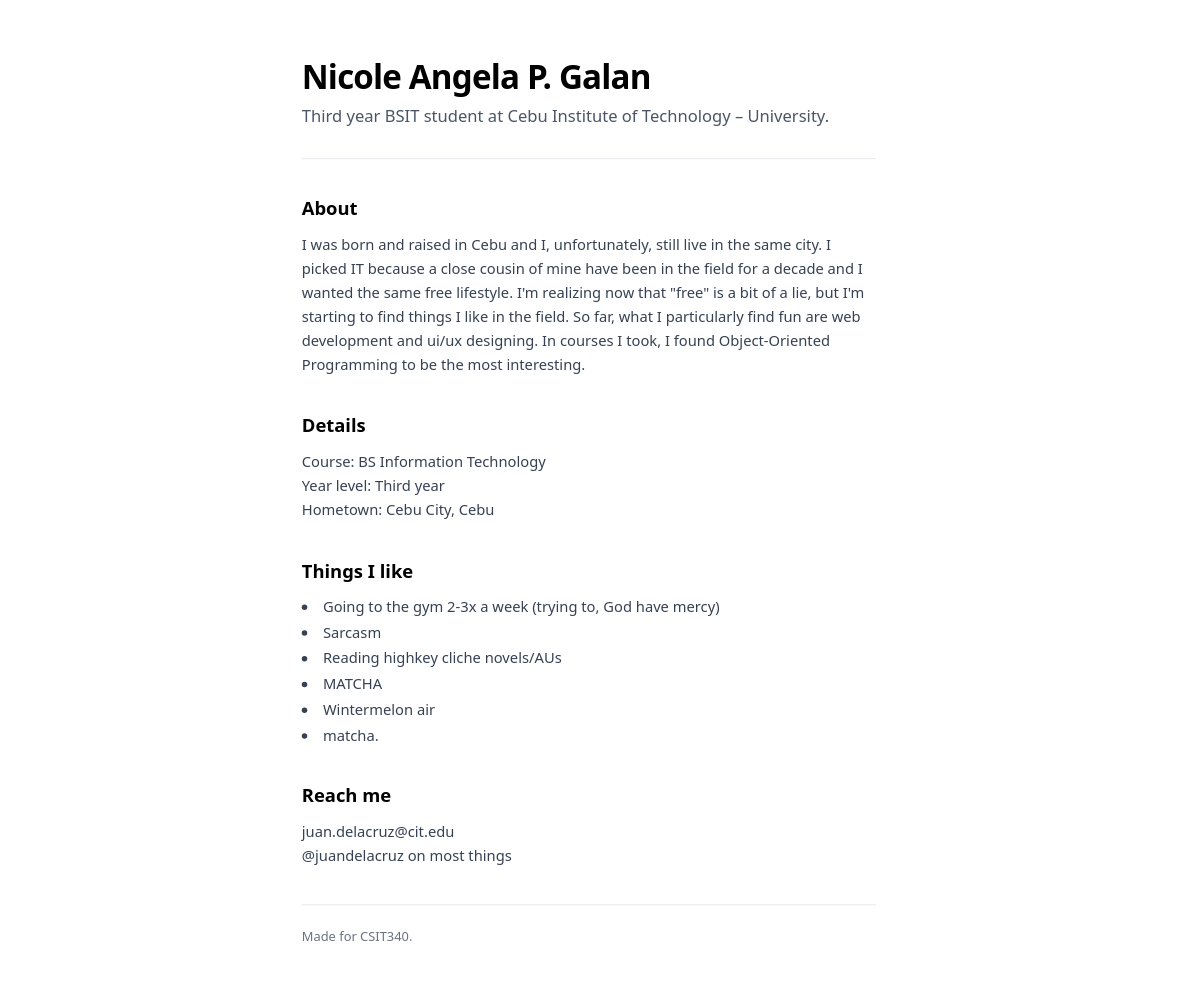
Repository: nicole-galan/CSIT340-Lab1-Galan
Page: /
The author's editor kept a copy of each file at every save. The page is drawn from the files as they stood at one save, then again after the next save.
The browser window is 1280 px wide. The pictures show the whole page, at 92% of full size.
The project was rebuilt for these pictures with package versions that can differ from the ones it lists, and the page was loaded fresh each time. Also part of the build but not shown: vite.config.js.

Above is the page before, as saved 2026-09-04 16:53:00.

After the next save:
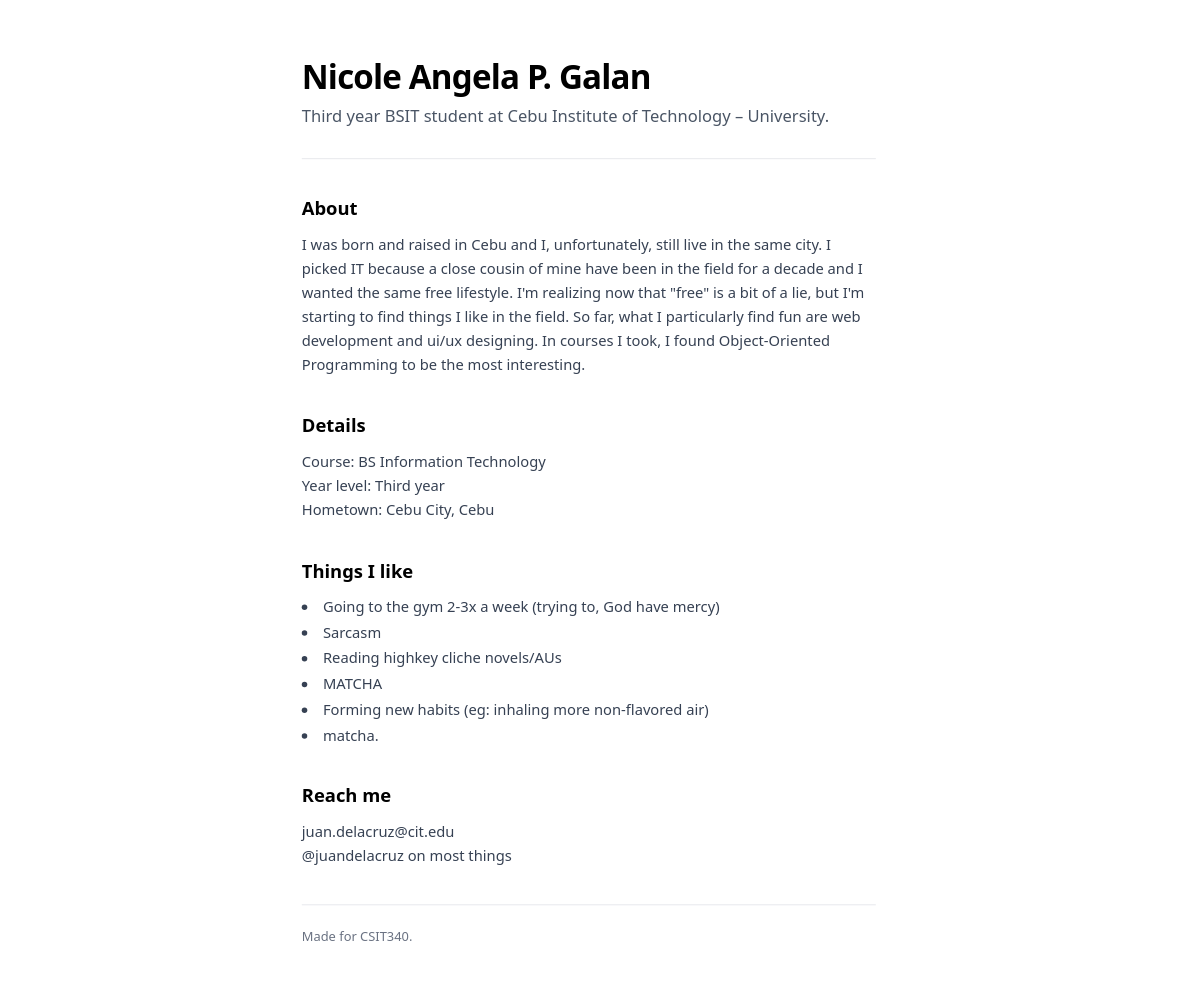
Saved 44 s later.
--- a/src/App.jsx
+++ b/src/App.jsx
@@ -40,7 +40,7 @@ function App() {
             <li>Sarcasm</li>
             <li>Reading highkey cliche novels/AUs</li>
             <li>MATCHA</li>
-            <li>Wintermelon air</li>
+            <li>Forming new habits (eg: inhaling more non-flavored air)</li>
             <li>matcha.</li>
           </ul>
         </section>
